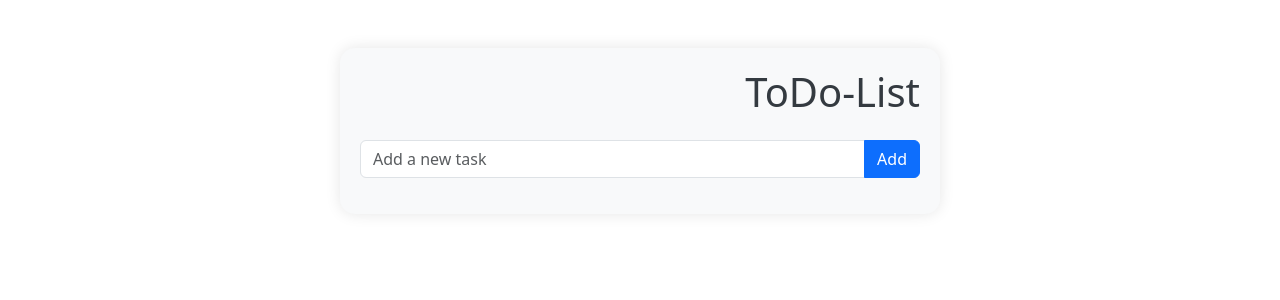
Repository: AkshatKapo/Todolist-React-app
Page: /
These files come from the project's save history. The page is drawn as it stood at one moment and after the next save; the edit follows.
The browser window is 1280 px wide. The pictures show the whole page.
The project was rebuilt for these pictures with package versions that can differ from the ones it lists, and the page was loaded fresh each time. Also part of the build but not shown: vite.config.js, src/App.css, src/index.css.

Above is the page before, as saved 2024-06-20 15:30:52.

After the next save:
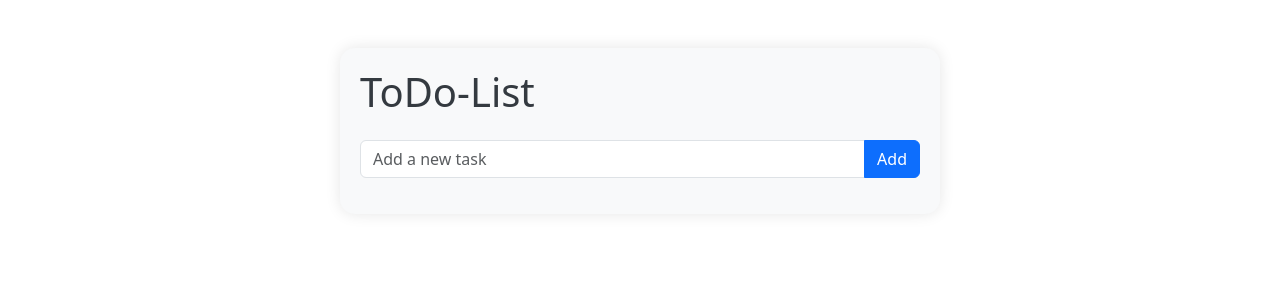
Saved 9 s later.
--- a/src/TodoList.css
+++ b/src/TodoList.css
@@ -8,7 +8,7 @@
   }
 
   h1 {
-    text-align: right;
+    text-align: left;
     color: #343a40;
     margin-bottom: 20px;
   }
